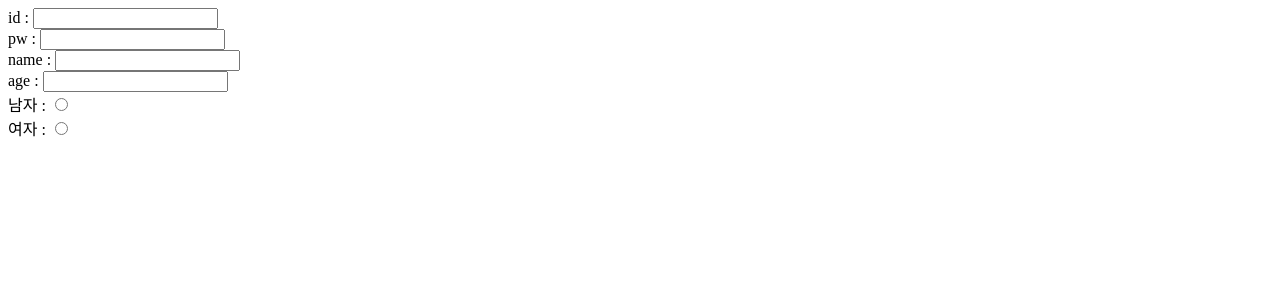
Repository: Kimth520/JSP-study
Page: http://localhost/day05_mvcTest/app/member/join.jsp
The author's editor kept a copy of each file at every save. The page is drawn from the files as they stood at one save, then again after the next save.
The browser window is 1280 px wide. The pictures show the whole page.
The page is served by Tomcat 9.

Above is the page before, as saved 2025-01-16 06:21:55.

After the next save:
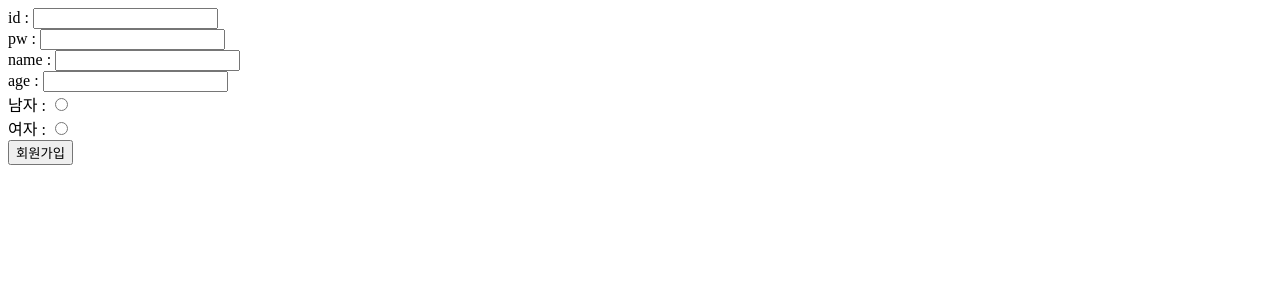
Saved 37 s later.
--- a/workspace/day05_mvcTest/src/main/webapp/app/member/join.jsp
+++ b/workspace/day05_mvcTest/src/main/webapp/app/member/join.jsp
@@ -28,10 +28,10 @@
 				<div>
 					여자 : <input type="radio" name="memberGender" value="W" />
 				</div>
-
-
 			</div>
-
+			<div class="btn">
+				<button>회원가입</button>
+			</div>
 
 		</form>
 
